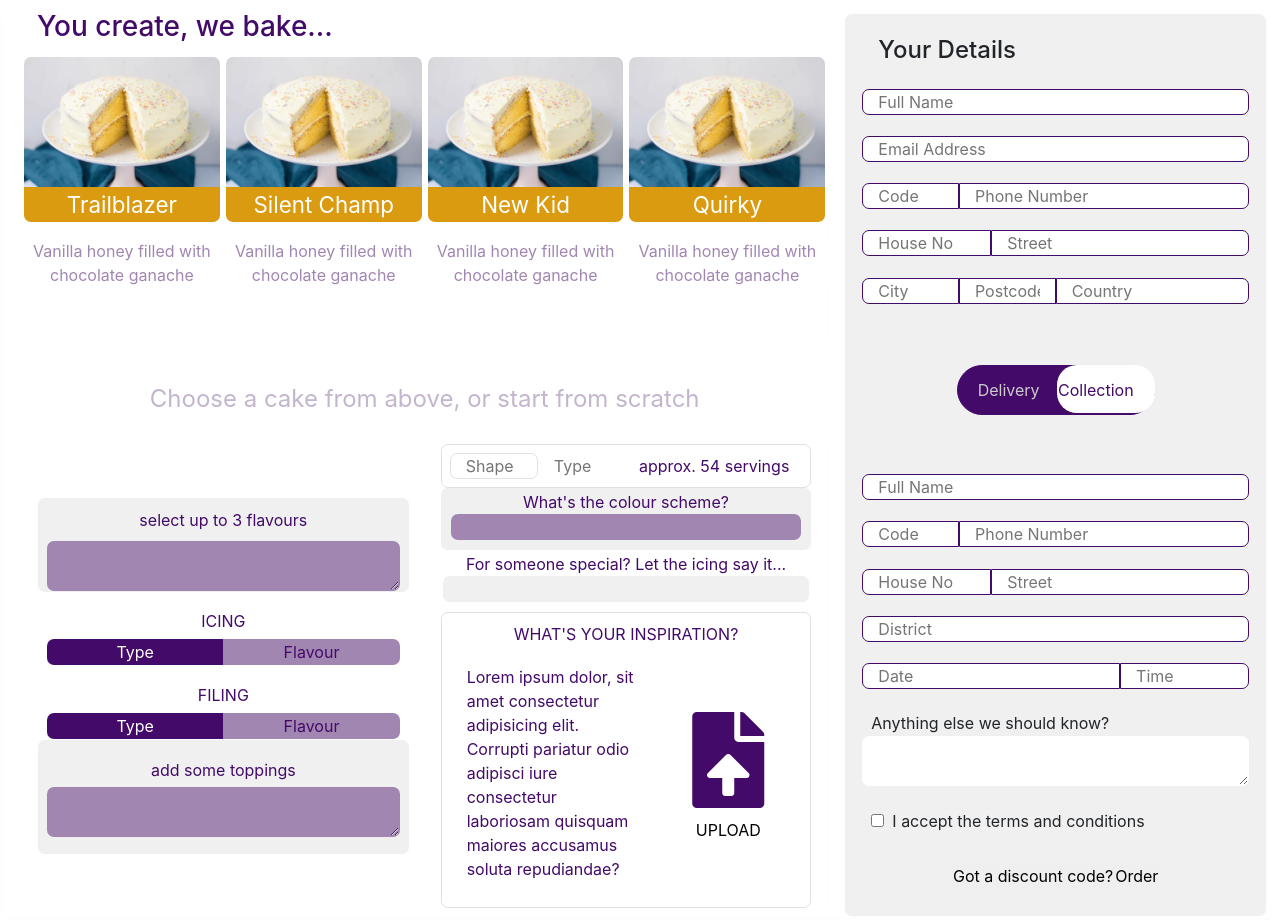
Repository: I-Alpha/BakeryOrderForm
Page: Order-Page.html
These files come from the project's save history. The page is drawn as it stood at one moment and after the next save; the edit follows.
The browser window is 1280 px wide. The pictures show the whole page.

Above is the page before, as saved 2020-12-29 05:15:15.

### Order-Page.html
<!DOCTYPE html>
<html lang="en">

<head>
    <meta charset="UTF-8">
    <meta name="viewport" content="width=device-width, initial-scale=1.0">
    <link rel="stylesheet" href="https://use.fontawesome.com/releases/v5.7.0/css/all.css"
        integrity="sha384-lZN37f5QGtY3VHgisS14W3ExzMWZxybE1SJSEsQp9S+oqd12jhcu+A56Ebc1zFSJ" crossorigin="anonymous">
    <link href="https://stackpath.bootstrapcdn.com/bootstrap/4.5.2/css/bootstrap.min.css" rel="stylesheet">
    <script src="https://ajax.googleapis.com/ajax/libs/jquery/3.5.1/jquery.min.js"></script>
    <script src="https://stackpath.bootstrapcdn.com/bootstrap/4.5.2/js/bootstrap.bundle.min.js"></script>
    <title>Document</title>
    <style>
        :root {
            --primary-font: 1.6rem;
            --cake-font-size: 1.4rem;
            --secondary-font: 1rem;
            --primary-colour: #430a69ff;
            --secondary-colour: #a186b1ff;
            --text-faded: #c3b5ce;
            --background-faded: rgb(240, 240, 240);
        }

        * {
            border: 1px solid rgba(0, 0, 0, 0.002);
            border-radius: 7px;
            box-sizing: border-box;
            margin: 0;
            padding: 0;
        }

        html {
            font-size: 1rem;
        }

        html,
        body,
        .container-fluid {
            width: 100%;
            background-color: white;
        }

        body span.switcher {
            position: relative;
            width: 200px;
            height: 50px;
            border-radius: 25px;
            margin: 20px 0;
        }

        body span.switcher input {
            -webkit-appearance: none;
            -moz-appearance: none;
            appearance: none;
            position: relative;
            width: 200px;
            height: 50px;
            border-radius: 25px;
        }

        body span.switcher input:before,
        body span.switcher input:after {
            z-index: 2;
            position: absolute;
            top: 50%;
            transform: translateY(-50%);
            color: #FFFFFF;
        }

        body span.switcher input:before {
            content: "Delivery";
            left: 20px;
        }

        body span.switcher input:after {
            content: "Collection";
            right: 20px;
        }

        body span.switcher label {
            z-index: 1;
            position: absolute;
            top: 0px;
            bottom: 0px;
            border-radius: 20px;
        }

        body span.switcher.switcher-1 input {
            transition: 0.25s -0.1s;

        }

        body span.switcher.switcher-1 input:checked {

            background-color: var(--primary-colour);
        }

        body span.switcher.switcher-1 input:checked:before {
            color: var(--primary-colour);
            transition: color 0.5s 0.2s;
        }

        body span.switcher.switcher-1 input:checked:after {
            color: #CCCCCC;
            transition: color 0.5s;
        }

        body span.switcher.switcher-1 input:checked+label {
            left: 10px;
            right: 100px;
            background:  white;
            transition: left 0.5s, right 0.4s 0.2s;
        }

        body span.switcher.switcher-1 input:not(:checked) {
            background:  var(--primary-colour);
            transition: background 0.5s -0.1s;
        }

        body span.switcher.switcher-1 input:not(:checked):before {
            color: #CCCCCC;
            transition: color 0.5s;
        }

        body span.switcher.switcher-1 input:not(:checked):after {
            color:  var(--primary-colour);
            transition: color 0.5s 0.2s;
        }

        body span.switcher.switcher-1 input:not(:checked)+label {
            left: 100px;
            right: 0px;
            top:0;
            background-color:white;
            height:100%;
            transition: left 0.4s 0.2s, right 0.5s, background 0.35s -0.1s;
        }


        #sec2-label {
            color: var(--text-faded);
            font-size: 1.5rem;

        }

        .purple_font {
            color: #430a69ff;
        }

        .light_purple_font {
            color: #a186b1ff;
        }

        .light_purple_background {
            background-color: #a186b1ff;
        }


        .purple_background {
            background-color: #430a69ff;
        }

        .textfaded {
            color: var(--text-faded);
        }

        .background_faded {
            background-color: var(--background-faded);
        }

        .buttergold {
            background-color: #da9b0eff
        }

        .input-group {}

        .pull-up {
            top: -50%;
        }

        .split-row-1 {
            height: 100%;
        }

        .split-row-2 {
            height: 50%;
        }

        #main_col_1 * {}

        #main_col_1 {}

        #main_col_2 * {}

        #main_col_2 {
            background-color: rgb(240, 240, 240);
            height: auto;
            justify-content: center;
            padding: 5px 5px;
        }

        #main_col_2 div.input-group {
            padding-top: 5px;
            padding-bottom: 5px;
        }

        #main_col_2 input {
            border: 1px solid var(--primary-colour);
        }


        #main_col_1 .input-group,
        #main_col_2 .input-group {}

        .col-8,
        .col-4 {}

        #deliveryBtn.active {
            background-color: var(--primary-colour);
            color: var(--primary-colour);
        }

        #collectionBtn.active {
            background-color: var(--primary-colour);
            color: var(--primary-colour);
        }

        #collectionBtn,
        #deliveryBtn {
            border-radius: 30px;
            border: 1px solid var(--primary-colour);
            display: inline-block;

        }

        #collectionBtn {}

        #deliveryBtn {}


        #deliveryBtn {
            background-color: white;
        }

        #collectionBtn {
            background-color: white;
            border: 1px solid var(--primary-colour);
        }



        #cake-image-container p:nth-child(2) {
            background-color: #da9b10;
            color: white;
            border-top-left-radius: 0;
            border-top-right-radius: 0;
        }

        #cake-image-container {
            padding: 0;
            margin: 0;
        }

        div#cake-image-container p:nth-child(3) {
            color: var(--secondary-colour);
        }

        #cake-image-container>div {
            font-size: var(--secondary-font);
            border-radius: 15px 15px 15px 15px;
            min-height: 100px;
            min-width: 140px;
        }

        .left-curve {
            border-top-right-radius: 0;
            border-bottom-right-radius: 0;
        }

        .right-curve {
            border-top-left-radius: 0;
            border-bottom-left-radius: 0;
        }

        #cake-image-container div * {}

        #cake-image-container div img {
            border-bottom-left-radius: 0;
            border-bottom-right-radius: 0;
            min-height: 120px;
        }

        #cake-image-container p {
            display: flex;
            text-align: center;
            justify-content: center;
            align-items: center;
        }

        p {}

        div.h3 {
            text-align: center;
        }

        .input-group {
            display: flex;
        }

        .switch6 {
            max-width: 17em;
            margin: 0 auto;
        }

        .switch6-light>span,
        .switch-toggle>span {
            color: #000000;
        }

        .switch6-light span span,
        .switch6-light label,
        .switch-toggle span span,
        .switch-toggle label {
            color: #2b2b2b;
        }

        .switch-toggle a,
        .switch6-light span span {
            display: none;
        }

        .switch6-light {
            display: block;
            height: 30px;
            position: relative;
            overflow: visible;
            padding: 0px;
            margin-left: 0px;
        }

        .switch6-light * {
            box-sizing: border-box;
        }

        .switch6-light a {
            display: block;
            transition: all 0.3s ease-out 0s;
        }

        .switch6-light label,
        .switch6-light>span {
            line-height: 30px;
            vertical-align: middle;
        }

        .switch6-light label {
            font-weight: 700;
            margin-bottom: px;
            max-width: 100%;
        }

        .switch6-light input:focus~a,
        .switch6-light input:focus+label {
            outline: 1px dotted rgb(136, 136, 136);
        }

        .switch6-light input {
            position: absolute;
            opacity: 0;
            z-index: 5;
        }

        .switch6-light input:checked~a {
            right: 0%;
        }

        .switch6-light>span {
            position: absolute;
            left: -100px;
            width: 100%;
            margin: 0px;
            padding-right: 100px;
            text-align: left;
        }

        .switch6-light>span span {
            position: absolute;
            top: 0px;
            left: 0px;
            z-index: 5;
            display: block;
            width: 50%;
            margin-left: 100px;
            text-align: center;
        }

        .switch6-light>span span:last-child {
            left: 50%;
        }

        .switch6-light a {
            position: absolute;
            right: 50%;
            top: 0px;
            z-index: 4;
            display: block;
            width: 50%;
            height: 100%;
            padding: 0px;
        }

        /* Extra small devices (portrait phones, less than 576px)
         No media query since this is the default in Bootstrap */

        /* Small devices (landscape phones, 576px and up) */
        @media (min-width: 576px) {
            html {}

            #main_col_1 {
                justify-content: space-around;
                align-items: space-around;
                padding: 15px;
            }

            #main_col_2 {
                padding: 15px;
                max-width: 89%;
            }

            div.h3 {
                width: 100%;
                text-align: start;
            }


            #cake-image-container>div {
                width: 150px;
                font-size: var(--secondary-font);
                border-radius: 15px 15px 15px 15px;
                min-height: 300px;
                padding: 20px 15px 10px 15px;

            }
        }

        /* Medium devices (tablets, 768px and up) */
        @media (min-width: 768px) {

            #main_col_1 {
                min-height: 100vh;
                justify-content: center;
                align-items: center;
            }

            html {}

            body {
                align-items: center;
                justify-content: center;
                padding: 10px 10px 0 0px;
            }

            #cake-image-container p:nth-child(2) {
                background-color: #da9b10;
                font-size: var(--cake-font-size);
                color: white;
                border-top-left-radius: 0;
                border-top-right-radius: 0;
            }

            div.h3 {
                text-align: none;
                margin-top: -10px;
                padding-top: 0px;
            }
        }

        /* Large devices (desktops, 992px and up) */
        @media (min-width: 992px) {
            #cake-image-container>div {
                min-width: 140px;
                padding: 2px;
            }

            #collectionBtn,
            #deliveryBtn {
                border-radius: 30px;
                border: 1px solid var(--primary-colour);
                display: inline-block;
                height: 2rem;
                padding-top: 0;
                line-height: 1rem;
                padding-bottom: 3px;
            }

            #main_col_2 {
                height: 100%;
                align-items: space-around;
                justify-content: space-around;
            }
        }



        /* Extra large devices (large desktops, 1200px and up) */
        @media (min-width: 1200px) {}
    </style>
</head>

<body>
    <div class="container-fluid d-flex">
        <div class="row justify-content-center align-items-start">
            <div id="main_col_1"
                class=" d-flex flex-column col-12 col-sm-12 col-md-12 col-lg-8 purple_font py-1 justify-content-center align-items-center ">
                <div class="h3 w-100 px-3">You create, we bake...</div>
                <div id="cake-image-container"
                    class="row d-flex justify-content-between text-center container-fluid px-0">
                    <div class="d-flex flex-column col-6 col-sm-6 col-md-3 col-lg-3 ">
                        <img src="Assets\baked-yellow-cake.jpg" class="img-fluid" alt="Responsive image">
                        <p>Trailblazer</p>
                        <p>Vanilla honey filled with chocolate ganache</p>
                    </div>
                    <div class="d-flex flex-column col-6 col-sm-6 col-md-3 col-lg-3">
                        <img src="Assets\baked-yellow-cake.jpg" class="img-fluid" alt="Responsive image">
                        <p class="">Silent Champ</p>
                        <p>Vanilla honey filled with chocolate ganache</p>
                    </div>
                    <div class="d-flex flex-column col-6 col-sm-6 col-md-3 col-lg-3">
                        <img src="Assets\baked-yellow-cake.jpg" class="img-fluid" alt="Responsive image">
                        <p>New Kid</p>
                        <p>Vanilla honey filled with chocolate ganache</p>
                    </div>
                    <div class="d-flex flex-column col-6 col-sm-6 col-md-3 col-lg-3">
                        <img src="Assets\baked-yellow-cake.jpg" class="img-fluid" alt="Responsive image">
                        <p>Quirky</p>
                        <p>Vanilla honey filled with chocolate ganache</p>
                    </div>
                </div>
                <div class="col-12 col-sm-12 col-md-12 flex flex-column justify-content-center align-items-center"
                    style="justify-content:center;">
                    <div id="sec2-label" class="py-4 text-center">Choose a cake from above, or start from scratch</div>
                    <div class="row">
                        <div
                            class="col-12 col-sm-12 col-md-6 justify-content-center d-flex flex-column align-items-center">
                            <div class="row d-flex flex-column input-group background_faded px-2 ">
                                <p class="mb-2 mt-2 text-center">select up to 3 flavours</p>
                                <textarea class="w-100 light_purple_background"></textarea>
                            </div>
                            <p class="mb-1 mt-3">ICING</p>
                            <div class="row input-group px-2" style="justify-content:center;">
                                <input class="input col-6 w-100 purple_background text-center left-curve"
                                    style="color:white;" value="Type"><input
                                    class="input col-6 w-100 light_purple_background text-center right-curve"
                                    style="color:var(--primary-colour);" value="Flavour">
                            </div>
                            <p class="mb-1 mt-3">FILING</p>
                            <div class="row input-group px-2" style="justify-content:center;">
                                <input class="input col-6 w-100 purple_background text-center left-curve"
                                    style="color:white;" value="Type"><input
                                    class="input col-6 w-100 light_purple_background text-center right-curve"
                                    style="color:var(--primary-colour);" value="Flavour">
                            </div>
                            <div
                                class="row d-flex flex-column input-group background_faded align-items-center pb-3 px-2">
                                <p class="mb-1 mt-3">add some toppings</p>
                                <textarea class="w-100 light_purple_background"></textarea>
                            </div>
                        </div>
                        <div class="col d-flex flex-column justify-content-between align-items-around">
                            <div class="row-lg-1 input-group d-flex align-items-start justify-content-center border my-0 w-100 pt-2 px-2"
                                style="height:auto">
                                <input class="input w-100 border col-3" placeholder="Shape">
                                <input class="input w-100 col-3 " placeholder="Type">
                                <label
                                    class="col-6 p-0 text-center d-flex w-100 justify-content-center align-items-center">approx.
                                    54 servings</label>
                            </div>
                            <div class="input-group justify-content-center row-lg-3 background_faded px-2">
                                <label class="text-center w-100"> What's the colour scheme?
                                    <input class="input w-100 light_purple_background">
                                </label>
                            </div>
                            <div class="input-group w-100 justify-content-center align-items-around row-lg-3">
                                <label class="text-center w-100 ">For someone special? Let the icing say it...
                                    <input class="input w-100 background_faded">
                                </label>
                            </div>
                            <div class="input-group row-lg-5 d-flex flex-column align-items-center border py-2 px-2">
                                <p class="row-lg-1 ">WHAT'S YOUR INSPIRATION?</p>
                                <div class="row-lg-11 input-group d-flex">
                                    <p class="col-7">Lorem ipsum dolor, sit amet consectetur adipisicing elit.
                                        Corrupti pariatur odio adipisci iure consectetur laboriosam quisquam maiores
                                        accusamus soluta repudiandae?</p>
                                    <label class="col-5 d-flex justify-content-center flex-column align-items-center">
                                        <i class="row fas fa-file-upload" style="font-size: 6rem;"></i>
                                        <button style="background:white" class="row mt-2">UPLOAD</button>
                                    </label>
                                </div>
                            </div>
                        </div>
                    </div>
                </div>
            </div>
            <div id="main_col_2"
                class="col-12 col-sm-12 col-md-12 col-lg-4 d-flex flex-column align-items-center justify-content-around">
                <div class="h4 w-100 px-3">Your Details</div>
                <div class="input-group">
                    <input class="col " placeholder="Full Name">
                </div>
                <div class="input-group">
                    <input class="col" placeholder="Email Address">
                </div>
                <div class="input-group">
                    <input class="col-3 left-curve" placeholder="Code"><input class="col-9 right-curve"
                        placeholder="Phone Number">
                </div>
                <div class="input-group">
                    <input class="col-4 left-curve" placeholder="House No"><input class="col-8 right-curve"
                        placeholder="Street">
                </div>
                <div class="input-group">
                    <input class="col-3 left-curve" placeholder="City">
                    <input class="col-3" style="border-radius: 0%;" placeholder="Postcode">
                    <input class="col-6 right-curve" placeholder="Country">
                </div>
                <div class="input-group d-flex w-100 h-10 justify-content-center py-4">
                    <span class="switcher switcher-1 d-flex">
                        <input type="checkbox" id="switcher-1" class="justify-content-center align-items-center">
                        <label for="switcher-1" class="" ></label>
                    </span>
                </div>
                <div class="input-group">
                    <input class="col" placeholder="Full Name">
                </div>
                <div class="input-group">
                    <input class="col-3 left-curve" placeholder="Code"><input class="col-9 right-curve"
                        placeholder="Phone Number">
                </div>
                <div class="input-group">
                    <input class="col-4 left-curve" placeholder="House No"><input class="col-8 right-curve"
                        placeholder="Street">
                </div>
                <div class="input-group">
                    <input class="col" placeholder="District">
                </div>
                <div class="input-group">
                    <input class="col-8 left-curve" placeholder="Date"><input class="col-4 right-curve"
                        placeholder="Time">
                </div>
                <div class="input-group">
                    <p class=" mb-0 pl-2">Anything else we should know?</p>
                    <textarea class="input-fluid   w-100 "></textarea>
                </div>
                <div class="input-group">
                    <label for="tc_Check">
                        <input id="tc_Check" type="checkbox" class="input mx-2">I accept the terms and conditions
                    </label>
                </div>
                <div class="row input-group justify-content-center ">
                    <button>Got a discount code?</button>
                    <button>Order</button>
                </div>
            </div>
        </div>
    </div>
    <script>
        $('.btn-toggle').click(function () {

            $(this).find('.btn').toggleClass('active');

            if ($(this).find('.btn-primary').size() > 0) {
                $(this).find('.btn').toggleClass('btn-primary');
            }
            if ($(this).find('.btn-default').size() > 0) {
                $(this).find('.btn').toggleClass('btn-default');
            }
            if ($(this).find('.btn-success').size() > 0) {
                $(this).find('.btn').toggleClass('btn-success');
            }
            if ($(this).find('.btn-info').size() > 0) {
                $(this).find('.btn').toggleClass('btn-info');
            }
            $(this).find('.btn').toggleClass('btn-default');

        });
    </script>
</body>

</html>

After the next save:
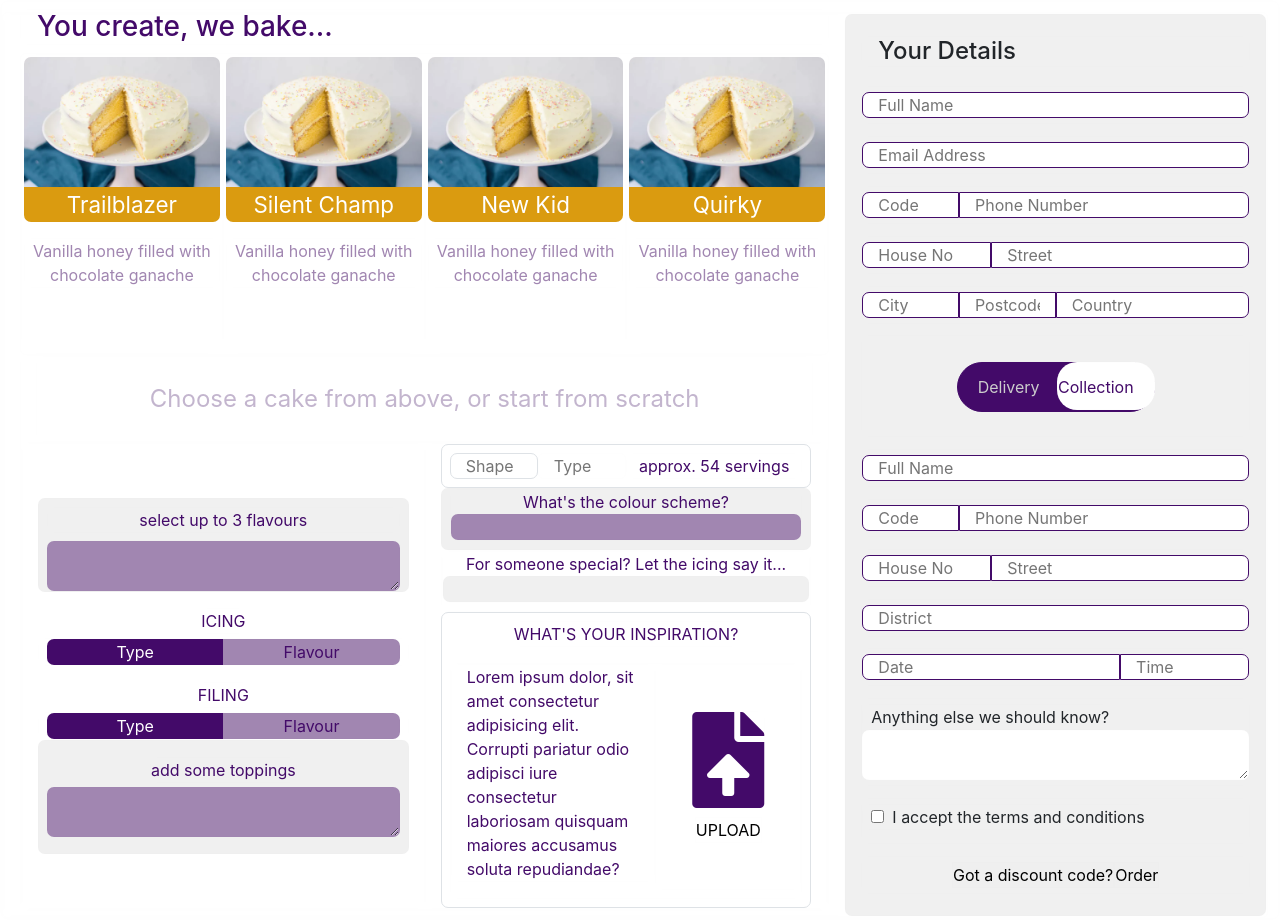
Saved 4 s later.
--- a/Order-Page.html
+++ b/Order-Page.html
@@ -623,7 +623,7 @@
                     <input class="col-3" style="border-radius: 0%;" placeholder="Postcode">
                     <input class="col-6 right-curve" placeholder="Country">
                 </div>
-                <div class="input-group d-flex w-100 h-10 justify-content-center py-4">
+                <div class="input-group d-flex w-100 h-10 justify-content-center p">
                     <span class="switcher switcher-1 d-flex">
                         <input type="checkbox" id="switcher-1" class="justify-content-center align-items-center">
                         <label for="switcher-1" class="" ></label>
